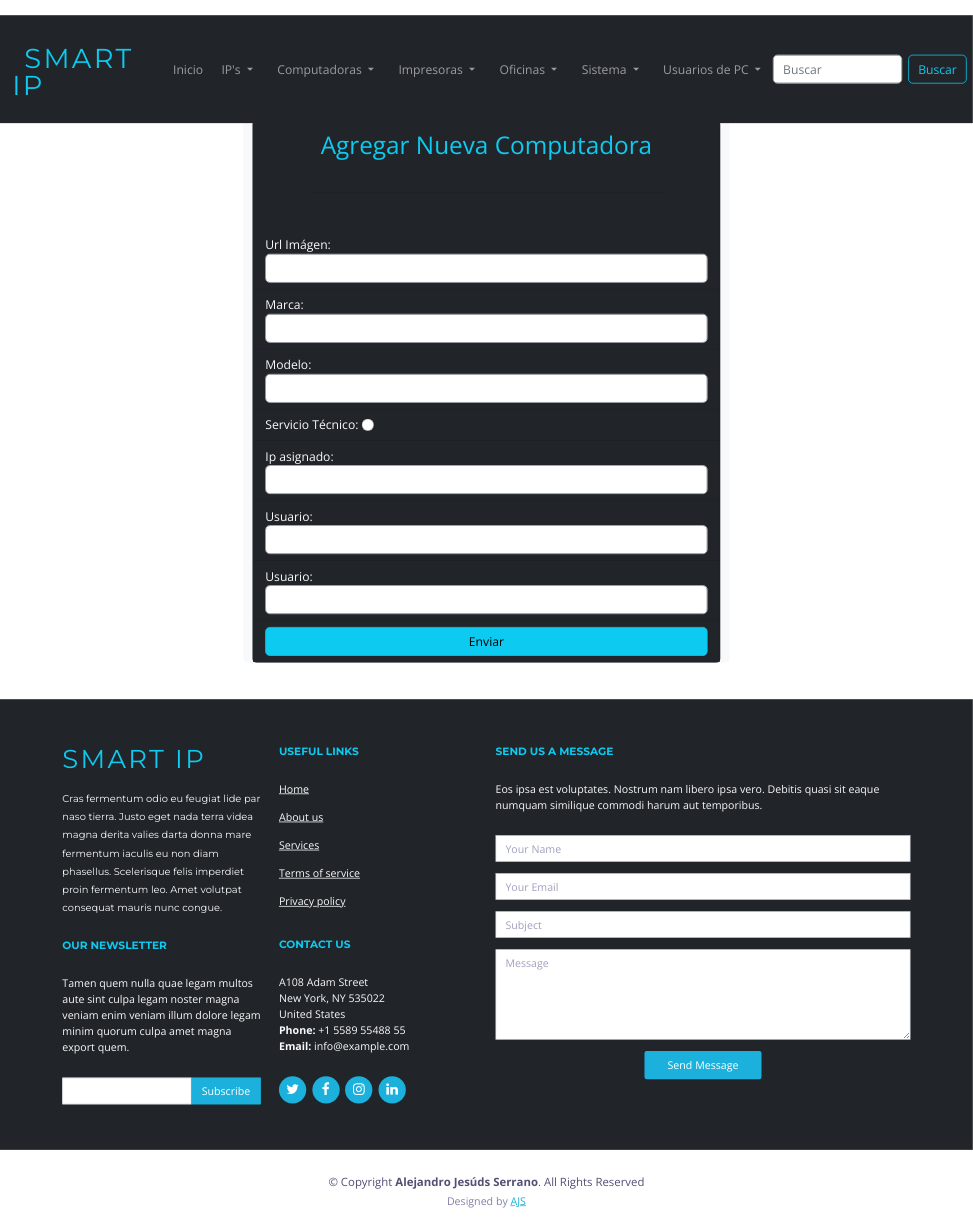
Repository: AlejandroJesusSerrano/SmartIPs
Page: smartip/smartipnav/templates/smartipnav/printer_form.html
The author's editor kept a copy of each file at every save. The page is drawn from the files as they stood at one save, then again after the next save.
The browser window is 1280 px wide. The pictures show the whole page, at 76% of full size.
The page is served by the project's application, run on Django 4.2 (smartip/manage.py). Other server files are loaded and not shown. The template is opened directly, without the code that normally fills it, so the values that code supplies are empty.

Above is the page before, as saved 2022-11-14 12:31:07.

### smartip/smartipnav/templates/smartipnav/printer_form.html
{% extends 'smartipnav/base.html' %}

{% block content %}
<section>
    <div class="container col-lg-6 bg-light rounded">
        <div class="card mx-auto mt-5 bg-dark style="width: 20rem;">
            <div class="card-header bg-dark text-info mx-auto">
              <p class="fs-2">Agregar Nueva Computadora</p>
            </div>
            <form id=printer_add_form action="" method="post" class="mt-5">
                {% csrf_token %}
                <ul class="list-group list-group-flush mt-0">
                    <li class="list-group-item bg-dark">
                        <label class="form-control-label text-light" for="printer_image">Url Imágen: </label>
                        <input class="form-control" type="url" name="printer_image" id="printer_image">
                    </li>
                    <li class="list-group-item bg-dark">
                        <label class="form-control-label text-light" for="printer_brand">Marca: </label>
                        <input class="form-control" type="text" name="printer_brand" id="printer_brand">
                    </li>
                    <li class="list-group-item bg-dark">
                        <label class="form-control-label text-light" for="printer_model">Modelo: </label>
                        <input class="form-control" type="text" name="printer_model" id="printer_model">
                    </li>
                    <li class="list-group-item bg-dark">
                        <label class="form-check-label text-light" for="flexRadioDefault1">
                            Servicio Técnico:
                        </label>
                        <input class="form-check-input" type="radio" name="flexRadioDefault" id="flexRadioDefault1">
                    </li>
                    <li class="list-group-item bg-dark">
                        <label class="form-control-label text-light" for="printer_ip">Ip asignado: </label>
                        <input class="form-control" type="text" name="printer_ip" id="printer_ip">
                    </li>
                    <li class="list-group-item bg-dark">
                        <label class="form-control-label text-light" for="cumputer_user">Usuario: </label>
                        <input class="form-control" type="text" namr="cumputer_user" id="cumputer_user">
                    </li>
                    <li class="list-group-item bg-dark">
                        <label class="form-control-label text-light" for="cumputer_office">Usuario: </label>
                        <input class="form-control" type="text" namr="cumputer_office" id="cumputer_office">
                    </li>
                    <li class="list-group-item bg-dark px-auto">
                        <button type="submit" class="btn btn-info row mx-auto w-100">Enviar</button>
                    </li>
                  </ul>
            </form>
        </div>
    </div>
</section>
{% endblock %}

### smartip/smartipnav/templates/smartipnav/base.html
<!DOCTYPE html>
<html lang="en">
<head>

  {% load static %}
  <meta charset="utf-8">
  <title>Smart IP</title>
  <meta content="width=device-width, initial-scale=1.0" name="viewport">
  <meta content="" name="keywords">
  <meta content="" name="description">

  <!-- Favicons -->
  <link href="{% static 'smartipnav/img/favicon.png' %}" rel="icon">
  <link href="{% static 'smartipnav/img/apple-touch-icon.png' %}" rel="apple-touch-icon">

  <!-- Google Fonts -->
  <link href="https://fonts.googleapis.com/css?family=Open+Sans:300,300i,400,400i,500,600,700,700i|Montserrat:300,400,500,600,700" rel="stylesheet">

  <!-- Bootstrap CSS File -->
  <link href="https://cdn.jsdelivr.net/npm/bootstrap@5.2.2/dist/css/bootstrap.min.css" rel="stylesheet" integrity="sha384-Zenh87qX5JnK2Jl0vWa8Ck2rdkQ2Bzep5IDxbcnCeuOxjzrPF/et3URy9Bv1WTRi" crossorigin="anonymous">

  <!-- Libraries CSS Files -->
  <link href="{% static 'smartipnav/lib/font-awesome/css/font-awesome.min.css' %}" rel="stylesheet">
  <link href="{% static 'smartipnav/lib/animate/animate.min.css' %}" rel="stylesheet">
  <link href="{% static 'smartipnav/lib/ionicons/css/ionicons.min.css' %}" rel="stylesheet">
  <link href="{% static 'smartipnav/lib/owlcarousel/assets/owl.carousel.min.css' %}" rel="stylesheet">
  <link href="{% static 'smartipnav/lib/lightbox/css/lightbox.min.css' %}" rel="stylesheet">

  <!-- Main Stylesheet File -->
  <link href="{% static 'smartipnav/css/style.css' %}" rel="stylesheet">

  <!-- =======================================================
    Theme Name: Rapid
    Theme URL: https://bootstrapmade.com/rapid-multipurpose-bootstrap-business-template/
    Author: BootstrapMade.com
    License: https://bootstrapmade.com/license/
  ======================================================= -->
</head>

<body>
  <!--==========================
  Header
  ============================-->
  <header id="header">
    <nav class="navbar navbar-expand-lg navbar-dark bg-dark mb-5">
      <a class="navbar-brand" href="index">
        <div class="logo mb-4">
          <!-- Uncomment below if you prefer to use an image logo -->
          <h1 class="text-bg-dark mx-auto"><a href="index"><span class= "text-info">Smart IP</span></a></h1>
          <!-- <a href="#header" class="scrollto"><img src="img/logo.png" alt="" class="img-fluid"></a> -->
        </div>
      </a>
      <button class="navbar-toggler" type="button" data-bs-toggle="collapse" data-bs-target="#navbarSupportedContent" aria-controls="navbarSupportedContent" aria-expanded="false" aria-label="Toggle navigation">
        <span class="navbar-toggler-icon"></span>
      </button>
      <div class="collapse navbar-collapse" id="navbarSupportedContent">
        <ul class="navbar-nav ms-auto mb-2 mb-lg-0">
          <li class="nav-item">
            <a class="nav-link mt-2 {% block indexactive %} {% endblock %}" aria-current="page" href="{% url 'Inicio' %}">
              Inicio
            </a>
          </li>
          <li class="nav-link {% block ipactive %} {% endblock %} dropdown">
            <a class="nav-link dropdown-toggle" href="#" id="navbarDropdown" role="button" data-bs-toggle="dropdown" aria-expanded="false">
              IP's
            </a>
            <ul class="dropdown-menu" aria-labelledby="navbarDropdown">
              <li><a class="dropdown-item" href="{% url 'AddIp' %}">Registrar Nuevo IP</a></li>
              <li><a class="dropdown-item" href="{% url 'Ip' %}">Listar Direcciones IP</a></li>
            </ul>
          </li>
          <li class="nav-link {% block computeractive %} {% endblock %} dropdown">
            <a class="nav-link dropdown-toggle" href="#" id="navbarDropdown" role="button" data-bs-toggle="dropdown" aria-expanded="false">
              Computadoras
            </a>
            <ul class="dropdown-menu" aria-labelledby="navbarDropdown">
              <li><a class="dropdown-item" href="{% url 'AddComputer' %}">Registrar Nueva Computadora</a></li>
              <li><a class="dropdown-item" href="{% url 'Computers' %}">Listar Computadoras</a></li>
            </ul>
          </li>
          <li class="nav-link {% block printeractive %} {% endblock %} dropdown">
            <a class="nav-link dropdown-toggle" href="#" id="navbarDropdown" role="button" data-bs-toggle="dropdown" aria-expanded="false">
              Impresoras
            </a>
            <ul class="dropdown-menu" aria-labelledby="navbarDropdown">
              <li><a class="dropdown-item" href="{% url 'AddPrinter' %}">Registrar Nueva Impresora</a></li>
              <li><a class="dropdown-item" href="{% url 'Printers' %}">Listar Impresoras</a></li>
            </ul>
          </li>
          <li class="nav-link {% block officeactive %} {% endblock %} dropdown">
            <a class="nav-link dropdown-toggle" href="#" id="navbarDropdown" role="button" data-bs-toggle="dropdown" aria-expanded="false">
              Oficinas
            </a>
            <ul class="dropdown-menu" aria-labelledby="navbarDropdown">
              <li><a class="dropdown-item" href="{% url 'AddOffice' %}">Registrar Nueva Oficina</a></li>
              <li><a class="dropdown-item" href="{% url 'Offices' %}">Listar Oficinas</a></li>
            </ul>
          </li>
          <li class="nav-link {% block usersactive %} {% endblock %} dropdown">
            <a class="nav-link dropdown-toggle" href="#" id="navbarDropdown" role="button" data-bs-toggle="dropdown" aria-expanded="false">
              Sistema
            </a>
            <ul class="dropdown-menu" aria-labelledby="navbarDropdown">
              <li><a class="dropdown-item" href="{% url 'AddUser' %}">Registrar Nuevo Usuario</a></li>
              <li><a class="dropdown-item" href="{% url 'Users' %}">Usuarios Registrados</a></li>
            </ul>
          </li>
          <li class="nav-link {% block userspcactive %} {% endblock %} dropdown">
            <a class="nav-link dropdown-toggle" href="#" id="navbarDropdown" role="button" data-bs-toggle="dropdown" aria-expanded="false">
              Usuarios de PC
            </a>
            <ul class="dropdown-menu" aria-labelledby="navbarDropdown">
              <li><a class="dropdown-item" href="{% url 'AddIp' %}">Nuevo Usuario de PC</a></li>
              <li><a class="dropdown-item" href="{% url 'Ip' %}">Listar Usuarios de PC</a></li>
            </ul>
          </li>
        </ul>
        <form class="d-flex" role="search">
          <input class="form-control me-2" type="search" placeholder="Buscar" aria-label="Buscar">
          <button class="btn btn-outline-info me-2" type="submit">Buscar</button>
        </form>
      </div>
    </nav>
  </header><!-- #header -->


    {% block content %}

    {% endblock %}



  <!--==========================
    Footer
  ============================-->
  <footer id="footer" class="section-bg">
    <div class="mt-5 footer-top bg-dark">
      <div class="container bg-dark">

        <div class="row">

          <div class="col-lg-6">

            <div class="row">

                <div class="col-sm-6">

                  <div class="footer-info">
                    <h3 class="text-info">Smart Ip</h3>
                    <p class="text-light">Cras fermentum odio eu feugiat lide par naso tierra. Justo eget nada terra videa magna derita valies darta donna mare fermentum iaculis eu non diam phasellus. Scelerisque felis imperdiet proin fermentum leo. Amet volutpat consequat mauris nunc congue.</p>
                  </div>

                  <div class="footer-newsletter">
                    <h4 class="text-info">Our Newsletter</h4>
                    <p class="text-light">Tamen quem nulla quae legam multos aute sint culpa legam noster magna veniam enim veniam illum dolore legam minim quorum culpa amet magna export quem.</p>
                    <form action="" method="post">
                      <input type="email" name="email"><input type="submit"  value="Subscribe">
                    </form>
                  </div>

                </div>

                <div class="col-sm-6">
                  <div class="footer-links">
                    <h4 class="text-info">Useful Links</h4>
                    <ul>
                      <li><a class="text-light" href="#">Home</a></li>
                      <li><a class="text-light" href="#">About us</a></li>
                      <li><a class="text-light" href="#">Services</a></li>
                      <li><a class="text-light" href="#">Terms of service</a></li>
                      <li><a class="text-light" href="#">Privacy policy</a></li>
                    </ul>
                  </div>

                  <div class="footer-links">
                    <h4 class="text-info">Contact Us</h4>
                    <p class="text-light">
                      A108 Adam Street <br>
                      New York, NY 535022<br>
                      United States <br>
                      <strong>Phone:</strong> +1 5589 55488 55<br>
                      <strong>Email:</strong> info@example.com<br>
                    </p>
                  </div>

                  <div class="social-links">
                    <a href="#" class="twitter"><i class="fa fa-twitter"></i></a>
                    <a href="#" class="facebook"><i class="fa fa-facebook"></i></a>
                    <a href="#" class="instagram"><i class="fa fa-instagram"></i></a>
                    <a href="#" class="linkedin"><i class="fa fa-linkedin"></i></a>
                  </div>

                </div>

            </div>

          </div>

          <div class="col-lg-6">

            <div class="form">

              <h4 class="text-info">Send us a message</h4>
              <p class= "text-light">Eos ipsa est voluptates. Nostrum nam libero ipsa vero. Debitis quasi sit eaque numquam similique commodi harum aut temporibus.</p>
              <form action="" method="post" role="form" class="contactForm">
                <div class="form-group">
                  <input type="text" name="name" class="form-control" id="name" placeholder="Your Name" data-rule="minlen:4" data-msg="Please enter at least 4 chars" />
                  <div class="validation"></div>
                </div>
                <div class="form-group">
                  <input type="email" class="form-control" name="email" id="email" placeholder="Your Email" data-rule="email" data-msg="Please enter a valid email" />
                  <div class="validation"></div>
                </div>
                <div class="form-group">
                  <input type="text" class="form-control" name="subject" id="subject" placeholder="Subject" data-rule="minlen:4" data-msg="Please enter at least 8 chars of subject" />
                  <div class="validation"></div>
                </div>
                <div class="form-group">
                  <textarea class="form-control" name="message" rows="5" data-rule="required" data-msg="Please write something for us" placeholder="Message"></textarea>
                  <div class="validation"></div>
                </div>

                <div id="sendmessage">Your message has been sent. Thank you!</div>
                <div id="errormessage"></div>

                <div class="text-center"><button type="submit" title="Send Message">Send Message</button></div>
              </form>
            </div>

          </div>



        </div>

      </div>
    </div>

    <div class="container">
      <div class="copyright">
        &copy; Copyright <strong>Alejandro Jesúds Serrano</strong>. All Rights Reserved
      </div>
      <div class="credits">
        <!--
          All the links in the footer should remain intact.
          You can delete the links only if you purchased the pro version.
          Licensing information: https://bootstrapmade.com/license/
          Purchase the pro version with working PHP/AJAX contact form: https://bootstrapmade.com/buy/?theme=Rapid
        -->
        Designed by <a href="https://AJS.com/">AJS</a>
      </div>
    </div>
  </footer><!-- #footer -->

  <a href="#" class="back-to-top"><i class="fa fa-chevron-up"></i></a>
  <!-- Uncomment below i you want to use a preloader -->
  <!-- <div id="preloader"></div> -->

  <!-- JavaScript Libraries -->
  <script src="{% static 'smartipnav/lib/jquery/jquery.min.js' %}"></script>
  <script src="{% static 'smartipnav/lib/jquery/jquery-migrate.min.js' %}"></script>
  <script src="https://cdn.jsdelivr.net/npm/bootstrap@5.2.2/dist/js/bootstrap.bundle.min.js" integrity="sha384-OERcA2EqjJCMA+/3y+gxIOqMEjwtxJY7qPCqsdltbNJuaOe923+mo//f6V8Qbsw3" crossorigin="anonymous"></script>
  <script src="{% static 'smartipnav/lib/easing/easing.min.js' %}"></script>
  <script src="{% static 'smartipnav/lib/mobile-nav/mobile-nav.js' %}"></script>
  <script src="{% static 'smartipnav/lib/wow/wow.min.js' %}"></script>
  <script src="{% static 'smartipnav/lib/waypoints/waypoints.min.js' %}"></script>
  <script src="{% static 'smartipnav/lib/counterup/counterup.min.js' %}"></script>
  <script src="{% static 'smartipnav/lib/owlcarousel/owl.carousel.min.js' %}"></script>
  <script src="{% static 'smartipnav/lib/isotope/isotope.pkgd.min.js' %}"></script>
  <script src="{% static 'smartipnav/lib/lightbox/js/lightbox.min.js' %}"></script>
  <!-- Contact Form JavaScript File -->
  <script src="{% static 'smartipnav/contactform/contactform.js' %}"></script>

  <!-- Template Main Javascript File -->
  <script src="{% static 'smartipnav/js/main.js' %}"></script>

</body>
</html>

### smartip/smartip/urls.py
"""smartip URL Configuration

The `urlpatterns` list routes URLs to views. For more information please see:
    https://docs.djangoproject.com/en/4.1/topics/http/urls/
Examples:
Function views
    1. Add an import:  from my_app import views
    2. Add a URL to urlpatterns:  path('', views.home, name='home')
Class-based views
    1. Add an import:  from other_app.views import Home
    2. Add a URL to urlpatterns:  path('', Home.as_view(), name='home')
Including another URLconf
    1. Import the include() function: from django.urls import include, path
    2. Add a URL to urlpatterns:  path('blog/', include('blog.urls'))
"""
from django.contrib import admin
from django.urls import path

urlpatterns = [
    path('admin/', admin.site.urls),
]

Loaded but not shown: smartip/smartipnav/static/smartipnav/lib/font-awesome/css/font-awesome.min.css (library); smartip/smartipnav/static/smartipnav/lib/animate/animate.min.css (library); smartip/smartipnav/static/smartipnav/lib/ionicons/css/ionicons.min.css (library); smartip/smartipnav/static/smartipnav/lib/owlcarousel/assets/owl.carousel.min.css (library); smartip/smartipnav/static/smartipnav/lib/lightbox/css/lightbox.min.css (common file); smartip/smartipnav/static/smartipnav/lib/jquery/jquery.min.js (library); smartip/smartipnav/static/smartipnav/lib/jquery/jquery-migrate.min.js (library); smartip/smartipnav/static/smartipnav/lib/easing/easing.min.js (common file); smartip/smartipnav/static/smartipnav/lib/mobile-nav/mobile-nav.js (common file); smartip/smartipnav/static/smartipnav/lib/wow/wow.min.js (library); smartip/smartipnav/static/smartipnav/lib/waypoints/waypoints.min.js (library); smartip/smartipnav/static/smartipnav/lib/counterup/counterup.min.js (common file); smartip/smartipnav/static/smartipnav/lib/owlcarousel/owl.carousel.min.js (library); smartip/smartipnav/static/smartipnav/lib/isotope/isotope.pkgd.min.js (library); smartip/smartipnav/static/smartipnav/lib/lightbox/js/lightbox.min.js (library); smartip/smartipnav/static/smartipnav/js/main.js (131 lines, source omitted); smartip/smartipnav/static/smartipnav/contactform/contactform.js (118 lines, source omitted); smartip/smartipnav/static/smartipnav/css/style.css (1573 lines, source omitted)

After the next save:
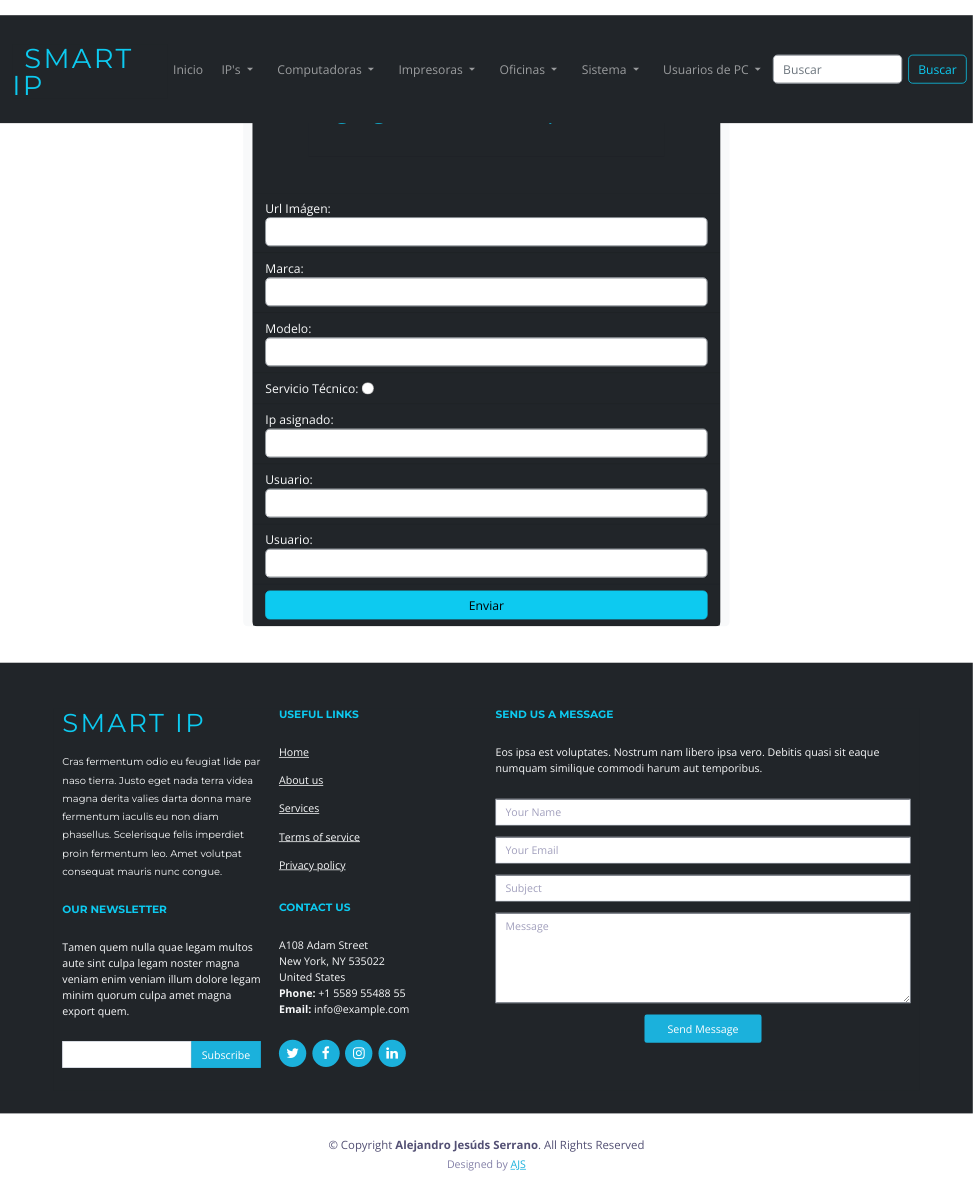
Saved 16 s later.
--- a/smartip/smartipnav/templates/smartipnav/printer_form.html
+++ b/smartip/smartipnav/templates/smartipnav/printer_form.html
@@ -3,7 +3,7 @@
 {% block content %}
 <section>
     <div class="container col-lg-6 bg-light rounded">
-        <div class="card mx-auto mt-5 bg-dark style="width: 20rem;">
+        <div class="card mx-auto mt-0 bg-dark style="width: 20rem;">
             <div class="card-header bg-dark text-info mx-auto">
               <p class="fs-2">Agregar Nueva Computadora</p>
             </div>

After the save that followed:
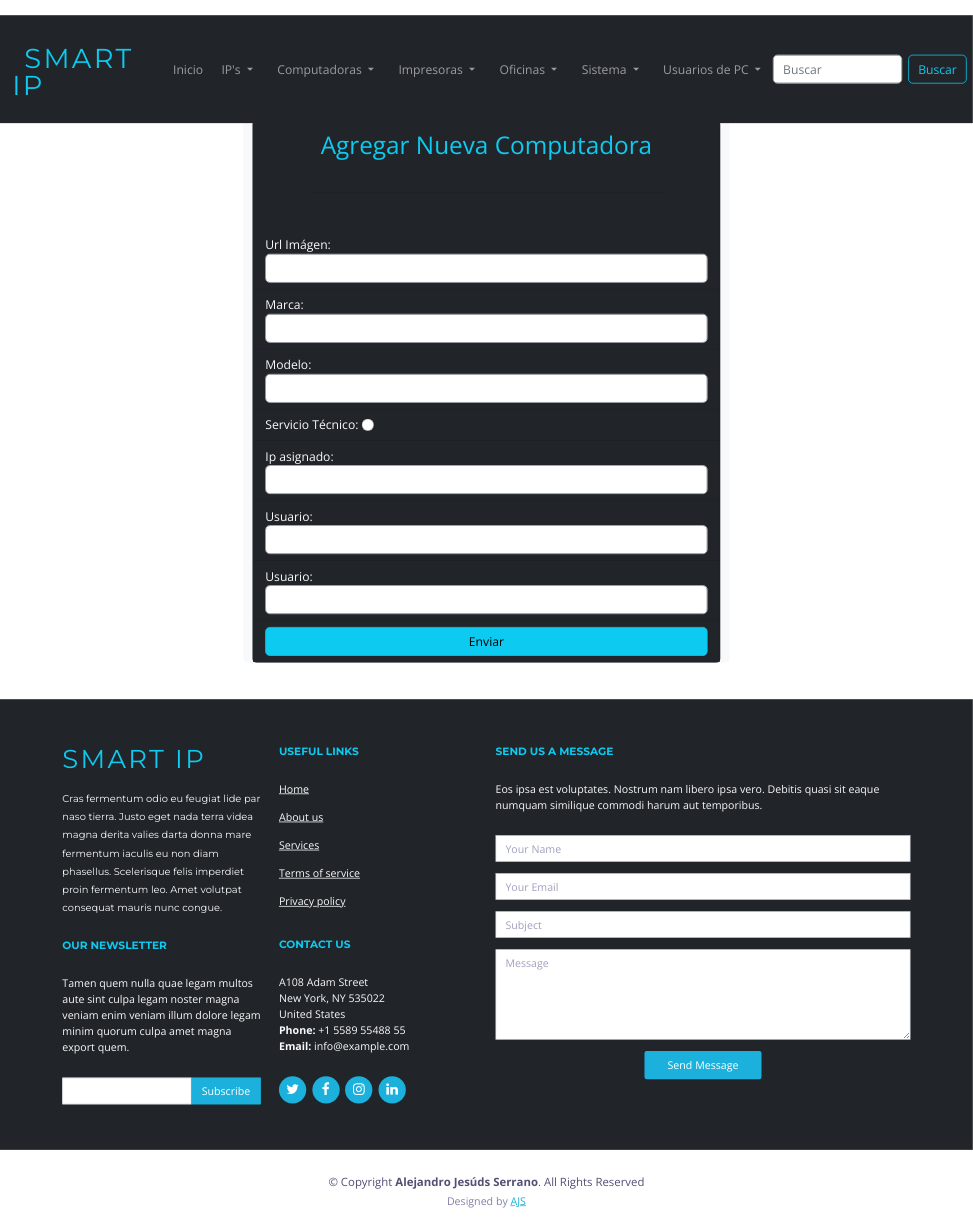
Saved 8 s later.
--- a/smartip/smartipnav/templates/smartipnav/printer_form.html
+++ b/smartip/smartipnav/templates/smartipnav/printer_form.html
@@ -3,7 +3,7 @@
 {% block content %}
 <section>
     <div class="container col-lg-6 bg-light rounded">
-        <div class="card mx-auto mt-0 bg-dark style="width: 20rem;">
+        <div class="card mx-auto mt-5 bg-dark style="width: 20rem;">
             <div class="card-header bg-dark text-info mx-auto">
               <p class="fs-2">Agregar Nueva Computadora</p>
             </div>
